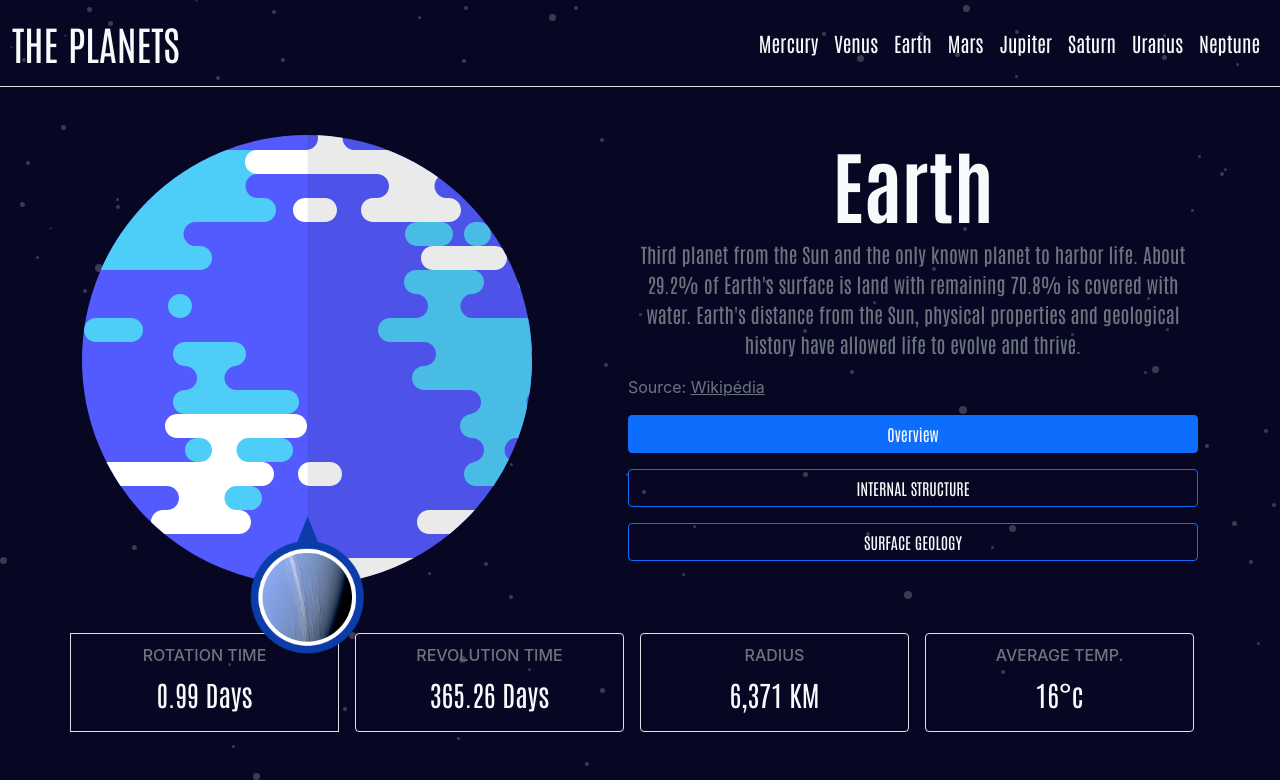
Repository: andre06x/the-planets
Page: /
An editor plug-in stored every save of this project. The page is shown before and after the next save, followed by the edit.
The browser window is 1280 px wide. The pictures show the whole page.
The project was rebuilt for these pictures with package versions that can differ from the ones it lists, and the page was loaded fresh each time.

Above is the page before, as saved 2021-10-19 16:50:59.

### public/index.html
<!DOCTYPE html>
<html lang="en">

<head>
  <meta charset="utf-8" />
  <link rel="icon" href="%PUBLIC_URL%/favicon.ico" />
  <meta name="viewport" content="width=device-width, initial-scale=1" />
  <meta name="theme-color" content="#000000" />
  <link rel="preconnect" href="https://fonts.googleapis.com">
  <link rel="preconnect" href="https://fonts.gstatic.com" crossorigin>
  <link href="https://fonts.googleapis.com/css2?family=Antonio:wght@400;500;600;700&display=swap" rel="stylesheet">
  <meta name="description" content="Web site created using create-react-app" />
  <link rel="apple-touch-icon" href="%PUBLIC_URL%/logo192.png" />
  <link rel="manifest" href="%PUBLIC_URL%/manifest.json" />
  <link rel="stylesheet" href="%PUBLIC_URL%/bootstrap-5.1.3-dist/css/bootstrap.min.css">
  <title>React App</title>
</head>

<body>
  <noscript>You need to enable JavaScript to run this app.</noscript>
  <div id="root"></div>
  <script src="./bootstrap-5.1.3-dist/js/bootstrap.min.js"></script>
</body>

</html>

### src/index.js
import React from 'react';
import ReactDOM from 'react-dom';
import App from './App';
import reportWebVitals from './reportWebVitals';
import Global from './styles/global';

ReactDOM.render(
  <React.StrictMode>
    <Global />
    <App />
  </React.StrictMode>,
  document.getElementById('root')
);

// If you want to start measuring performance in your app, pass a function
// to log results (for example: reportWebVitals(console.log))
// or send to an analytics endpoint. Learn more: https://bit.ly/CRA-vitals
reportWebVitals();

### src/App.js
import logo from './logo.svg';
// import './App.css';
import Header from './components/Header';
import Container from './components/Container';

function App() {
  return (
    <div className="App">
      <Header />
      <Container />
    </div>
  );
}

export default App;

### src/styles/global.js
import { createGlobalStyle } from 'styled-components';
import img from '../background-stars.svg';

export default createGlobalStyle`
  body {
    background-image: url(${img});
    background-color: #070724;
    background-repeat: repeat;
  margin: 0;
  font-family: -apple-system, BlinkMacSystemFont, 'Segoe UI', 'Roboto', 'Oxygen',
    'Ubuntu', 'Cantarell', 'Fira Sans', 'Droid Sans', 'Helvetica Neue',
    sans-serif;
  -webkit-font-smoothing: antialiased;
  -moz-osx-font-smoothing: grayscale;
}

code {
  font-family: source-code-pro, Menlo, Monaco, Consolas, 'Courier New',
    monospace;
}
`;

### src/components/Header.js
import React, { useEffect } from 'react';
import data from '../data.json';
import { usePlanet } from '../zustand';

const Header = () => {
  const planetSetar = usePlanet(state => state.nomePlanet);
  const planet = usePlanet(state => state.planet);

  useEffect(() => {
    console.log(planet)
  }, [planet])

  return (
    <nav class="navbar navbar-expand-lg navbar-dark bg-transparent border-bottom border-muted ">
      <div class="container-fluid d-flex justify-content-between">
        <a class="navbar-brand fs-1 text-light font-antonio" href="#">THE PLANETS</a>
        <button class="navbar-toggler text-light" type="button" data-bs-toggle="collapse" data-bs-target="#navbarSupportedContent" aria-controls="navbarSupportedContent" aria-expanded="false" aria-label="Toggle navigation">
          <span class="navbar-toggler-icon text-light"></span>
        </button>
        <div class="collapse navbar-collapse justify-content-end" id="navbarSupportedContent">
          <div>
            <ul class="navbar-nav me-auto mb-2 mb-lg-0">
              {
                data.map(d => (
                  <li class="nav-item">
                    <a
                      class="nav-link active text-light fs-5 font-antonio"
                      aria-current="page"
                      href="#"
                      onClick={() => planetSetar(d.name)}
                    >
                      {d.name}
                    </a>
                  </li>
                ))
              }
            </ul>
          </div>
        </div>
      </div>
    </nav>
  )
}



export default Header

### src/components/Container.js
import React, { useEffect, useState } from 'react';
// import earth from '../assets/planet-earth.svg';
import data from '../data.json';
import { usePlanet } from '../zustand';

const Container = () => {
  const [selectBox, setSelectBox] = useState(1);
  const planet = usePlanet(state => state.planet);
  // const [planet, setPlanet] = useState('Earth');
  const [text, setText] = useState(data.filter(d => d.name === planet)[0].overview);
  const [imagee, setImagee] = useState('assets/planet-earth.svg');
  const [dataPlanet, setDataPlanet] = useState(['']);



  const op = [
    { id: 1, titulo: 'Overview' },
    { id: 2, titulo: 'INTERNAL STRUCTURE' },
    { id: 3, titulo: 'SURFACE GEOLOGY' },
  ]

  function buttonChange(o) {
    setSelectBox(o.id);

    if (o.id === 1) {
      setText(data.filter(d => d.name === planet)[0].overview);
      setImagee(data.filter(d => d.name === planet)[0].images.planet);
    }

    if (o.id === 2) {
      setText(data.filter(d => d.name === planet)[0].structure);
      setImagee(data.filter(d => d.name === planet)[0].images.internal);

    }

    if (o.id === 3) {
      setText(data.filter(d => d.name === planet)[0].geology);
      setImagee(data.filter(d => d.name === planet)[0].images.geology);

    }

  }

  useEffect(() => {
    setDataPlanet(data.filter(d => d.name === planet)[0]);
    setImagee(data.filter(d => d.name === planet)[0].images.planet);
    setText(data.filter(d => d.name === planet)[0].overview);
    setSelectBox(1);

  }, [planet]);
  return (
    <div className="container mt-md-5">
      <div className="d-flex flex-column">
        <div className="d-flex flex-md-row flex-column-reverse justify-content-between">
          <div className="me-md-5 d-flex justify-content-center position-relative">
            <img src={imagee} alt="" />
            <img src="assets/geology-neptune.png" alt="" className="position-absolute w-25 top-100 start-50 translate-middle"/>
          </div>
          <div className="ms-md-5 d-flex flex-md-column flex-column-reverse">
            <h1 className="display-1 text-light font-antonio fw-bold text-center">
              {planet}
            </h1>
            <p className="lead text-muted font-antonio text-center">
              {text.content}
            </p>
            <span className="text-secondary">
              Source: <a href="" className="text-secondary"> Wikipédia</a>
            </span>

            <div className="d-flex flex-md-column mt-md-3 font-antonio fw-bold">
              {op.map(o => (
                <button
                  className={`btn text-light btn-outline-primary mb-3 col-4 col-md-12 ${selectBox === o.id ? ' btn-primary' : ''}`}
                  onClick={() => buttonChange(o)}
                >
                  {o.titulo}
                </button>
              ))}
            </div>
          </div>
        </div>
      </div>
      <div className="row mt-5 mb-5 flex-md-row flex-column">
        <div class="col me-3 bg-transparent border">
          <div class="card-body d-flex flex-md-column justify-content-between align-items-center">
            <h6 class="card-subtitle mb-md-2 text-muted">
              ROTATION TIME
            </h6>
            <p class="card-text text-light font-antonio fs-md-1 fs-3">
              {dataPlanet.rotation}
            </p>
          </div>
        </div>
        <div class="card col me-3 bg-transparent border">
          <div class="card-body d-flex flex-md-column justify-content-between align-items-center">
            <h6 class="card-subtitle mb-md-2 text-muted">
              REVOLUTION TIME
            </h6>
            <p class="card-text text-light font-antonio fs-md-1 fs-3">
              {dataPlanet.revolution}
            </p>
          </div>
        </div>
        <div class="card col me-3 bg-transparent border">
          <div class="card-body d-flex flex-md-column justify-content-between align-items-center">
            <h6 class="card-subtitle mb-md-2 text-muted">
              RADIUS
            </h6>
            <p class="card-text text-light font-antonio fs-md-1 fs-3">
              {dataPlanet.radius}
            </p>
          </div>
        </div>
        <div class="card col me-3 bg-transparent border">
          <div class="card-body d-flex flex-md-column justify-content-between align-items-center">
            <h6 class="card-subtitle mb-md-2 text-muted">
              AVERAGE TEMP.
            </h6>
            <p class="card-text text-light font-antonio fs-md-1 fs-3">
              {dataPlanet.temperature}
            </p>
          </div>
        </div>
      </div>
    </div>
  )
}

export default Container;

### src/data.json
[
  {
    "name": "Mercury",
    "overview": {
      "content": "Mercury is the smallest planet in the Solar System and the closest to the Sun. Its orbit around the Sun takes 87.97 Earth days, the shortest of all the Sun's planets. Mercury is one of four terrestrial planets in the Solar System, and is a rocky body like Earth.",
      "source": "https://en.wikipedia.org/wiki/Mercury_(planet)"
    },
    "structure": {
      "content": "Mercury appears to have a solid silicate crust and mantle overlying a solid, iron sulfide outer core layer, a deeper liquid core layer, and a solid inner core. The planet's density is the second highest in the Solar System at 5.427 g/cm3 , only slightly less than Earth's density.",
      "source": "https://en.wikipedia.org/wiki/Mercury_(planet)#Internal_structure"
    },
    "geology": {
      "content": "Mercury's surface is similar in appearance to that of the Moon, showing extensive mare-like plains and heavy cratering, indicating that it has been geologically inactive for billions of years. It is more heterogeneous than either Mars's or the Moon’s.",
      "source": "https://en.wikipedia.org/wiki/Mercury_(planet)#Surface_geology"
    },
    "rotation": "58.6 Days",
    "revolution": "87.97 Days",
    "radius": "2,439.7 KM",
    "temperature": "430°c",
    "images": {
      "planet": "assets/planet-mercury.svg",
      "internal": "assets/planet-mercury-internal.svg",
      "geology": "assets/geology-mercury.png"
    }
  },
  {
    "name": "Venus",
    "overview": {
      "content": "Venus is the second planet from the Sun. It is named after the Roman goddess of love and beauty. As the brightest natural object in Earth's night sky after the Moon, Venus can cast shadows and can be, on rare occasions, visible to the naked eye in broad daylight.",
      "source": "https://en.wikipedia.org/wiki/Venus"
    },
    "structure": {
      "content": "The similarity in size and density between Venus and Earth suggests they share a similar internal structure: a core, mantle, and crust. Like that of Earth, Venusian core is most likely at least partially liquid because the two planets have been cooling at about the same rate.",
      "source": "https://en.wikipedia.org/wiki/Venus#Internal_structure"
    },
    "geology": {
      "content": "Much of the Venusian surface appears to have been shaped by volcanic activity. Venus has several times as many volcanoes as Earth, and it has 167 large volcanoes that are over 100 km (60 mi) across. The only volcanic complex of this size on Earth is the Big Island of Hawaii.",
      "source": "https://en.wikipedia.org/wiki/Venus#Surface_geology"
    },
    "rotation": "243 Days",
    "revolution": "224.7 Days",
    "radius": "6,051.8 KM",
    "temperature": "471°c",
    "images": {
      "planet": "assets/planet-venus.svg",
      "internal": "assets/planet-venus-internal.svg",
      "geology": "assets/geology-venus.png"
    }
  },
  {
    "name": "Earth",
    "overview": {
      "content": "Third planet from the Sun and the only known planet to harbor life. About 29.2% of Earth's surface is land with remaining 70.8% is covered with water. Earth's distance from the Sun, physical properties and geological history have allowed life to evolve and thrive.",
      "source": "https://en.wikipedia.org/wiki/Earth"
    },
    "structure": {
      "content": "Earth's interior, like that of the other terrestrial planets, is divided into layers by their chemical or physical (rheological) properties. The outer layer is a chemically distinct silicate solid crust, which is underlain by a highly viscous solid mantle.",
      "source": "https://en.wikipedia.org/wiki/Earth#Internal_structure"
    },
    "geology": {
      "content": "The total surface area of Earth is about 510 million km2. The continental crust consists of lower density material such as the igneous rocks granite and andesite. Less common is basalt, a denser volcanic rock that is the primary constituent of the ocean floors.",
      "source": "https://en.wikipedia.org/wiki/Earth#Surface"
    },
    "rotation": "0.99 Days",
    "revolution": "365.26 Days",
    "radius": "6,371 KM",
    "temperature": "16°c",
    "images": {
      "planet": "assets/planet-earth.svg",
      "internal": "assets/planet-earth-internal.svg",
      "geology": "assets/geology-earth.png"
    }
  },
  {
    "name": "Mars",
    "overview": {
      "content": "Mars is the fourth planet from the Sun and the second-smallest planet in the Solar System, being larger than only Mercury. In English, Mars carries the name of the Roman god of war and is often referred to as the \"Red Planet\".",
      "source": "https://en.wikipedia.org/wiki/Mars"
    },
    "structure": {
      "content": "Like Earth, Mars has differentiated into a dense metallic core overlaid by less dense materials. Scientists initially determined that the core is at least partially liquid. Current models of its interior imply a core consisting primarily of iron and nickel with about 16–17% sulfur.",
      "source": "https://en.wikipedia.org/wiki/Mars#Internal_structure"
    },
    "geology": {
      "content": "Mars is a terrestrial planet whose surface consists of minerals containing silicon and oxygen, metals, and other elements that typically make up rock. The surface is primarily composed of tholeiitic basalt, although parts are more silica-rich than typical basalt.",
      "source": "https://en.wikipedia.org/wiki/Mars#Surface_geology"
    },
    "rotation": "1.03 Days",
    "revolution": "1.88 Years",
    "radius": "3,389.5 KM",
    "temperature": "-28°c",
    "images": {
      "planet": "assets/planet-mars.svg",
      "internal": "assets/planet-mars-internal.svg",
      "geology": "assets/geology-mars.png"
    }
  },
  {
    "name": "Jupiter",
    "overview": {
      "content": "Jupiter is the fifth planet from the Sun and the largest in the Solar System. It is a gas giant with a mass two and a half times that of all the other planets in the Solar System combined, but less than one-thousandth the mass of the Sun.",
      "source": "https://en.wikipedia.org/wiki/Jupiter"
    },
    "structure": {
      "content": "When the Juno arrived in 2016, it found that Jupiter has a very diffuse core that mixes into its mantle. A possible cause is an impact from a planet of about ten Earth masses a few million years after Jupiter's formation, which would have disrupted an originally solid Jovian core.",
      "source": "https://en.wikipedia.org/wiki/Jupiter#Internal_structure"
    },
    "geology": {
      "content": "The best known feature of Jupiter is the Great Red Spot, a persistent anticyclonic storm located 22° south of the equator. It is known to have existed since at least 1831, and possibly since 1665.",
      "source": "https://en.wikipedia.org/wiki/Jupiter#Great_Red_Spot_and_other_vortices"
    },
    "rotation": "9.93 Hours",
    "revolution": "11.86 Years",
    "radius": "69,911 KM",
    "temperature": "-108°c",
    "images": {
      "planet": "assets/planet-jupiter.svg",
      "internal": "assets/planet-jupiter-internal.svg",
      "geology": "assets/geology-jupiter.png"
    }
  },
  {
    "name": "Saturn",
    "overview": {
      "content": "Saturn is the sixth planet from the Sun and the second-largest in the Solar System, after Jupiter. It is a gas giant with an average radius of about nine and a half times that of Earth. It only has one-eighth the average density of Earth.",
      "source": "https://en.wikipedia.org/wiki/Saturn"
    },
    "structure": {
      "content": "Despite consisting mostly of hydrogen and helium, most of Saturn's mass is not in the gas phase, because hydrogen becomes a non-ideal liquid when the density is above 0.01 g/cm3, which is reached at a radius containing 99.9% of Saturn's mass.",
      "source": "https://en.wikipedia.org/wiki/Saturn#Internal_structure"
    },
    "geology": {
      "content": "The outer atmosphere of Saturn contains 96.3% molecular hydrogen and 3.25% helium by volume. The planet's most famous feature is its prominent ring system, which is composed mostly of ice particles with a smaller amount of rocky debris and dust.",
      "source": "https://en.wikipedia.org/wiki/Saturn#Atmosphere"
    },
    "rotation": "10.8 Hours",
    "revolution": "29.46 Years",
    "radius": "58,232 KM",
    "temperature": "-138°c",
    "images": {
      "planet": "assets/planet-saturn.svg",
      "internal": "assets/planet-saturn-internal.svg",
      "geology": "assets/geology-saturn.png"
    }
  },
  {
    "name": "Uranus",
    "overview": {
      "content": "Uranus is the seventh planet from the Sun. Its name is a reference to the Greek god of the sky, Uranus according to Greek mythology, was the great-grandfather of Ares. It has the third-largest planetary radius and fourth-largest planetary mass in the Solar System.",
      "source": "https://en.wikipedia.org/wiki/Uranus"
    },
    "structure": {
      "content": "The standard model of Uranus's structure is that it consists of three layers: a rocky (silicate/iron–nickel) core in the centre, an icy mantle in the middle and an outer gaseous hydrogen/helium envelope. The core is relatively small, with a mass of only 0.55 Earth masses.",
      "source": "https://en.wikipedia.org/wiki/Uranus#Internal_structure"
    },
    "geology": {
      "content": "The composition of Uranus's atmosphere is different from its bulk, consisting mainly of molecular hydrogen and helium. The helium molar fraction, i.e. the number of helium atoms per molecule of gas, is 0.15±0.03 in the upper troposphere.",
      "source": "https://en.wikipedia.org/wiki/Uranus#Atmosphere"
    },
    "rotation": "17.2 Hours",
    "revolution": "84 Years",
    "radius": "25,362 KM",
    "temperature": "-195°c",
    "images": {
      "planet": "assets/planet-uranus.svg",
      "internal": "assets/planet-uranus-internal.svg",
      "geology": "assets/geology-uranus.png"
    }
  },
  {
    "name": "Neptune",
    "overview": {
      "content": "Neptune is the eighth and farthest-known Solar planet from the Sun. In the Solar System, it is the fourth-largest planet by diameter, the third-most-massive planet, and the densest giant planet. It is 17 times the mass of Earth, more massive than its near-twin Uranus.",
      "source": "https://en.wikipedia.org/wiki/Neptune"
    },
    "structure": {
      "content": "Neptune's internal structure resembles that of Uranus. Its atmosphere forms about 5% to 10% of its mass and extends perhaps 10% to 20% of the way towards the core. Increasing concentrations of methane, ammonia and water are found in the lower regions.",
      "source": "https://en.wikipedia.org/wiki/Neptune#Internal_structure"
    },
    "geology": {
      "content": "Neptune's atmosphere is 80% hydrogen and 19% helium. A trace amount of methane is also present. Prominent absorption bands of methane exist at wavelengths above 600 nm, in the red and infrared portion of the spectrum.",
      "source": "https://en.wikipedia.org/wiki/Neptune#Atmosphere"
    },
    "rotation": "16.08 Hours",
    "revolution": "164.79 Years",
    "radius": "24,622 KM",
    "temperature": "-201°c",
    "images": {
      "planet": "assets/planet-neptune.svg",
      "internal": "assets/planet-neptune-internal.svg",
      "geology": "assets/geology-neptune.png"
    }
  }
]

### src/zustand/index.js
import create from 'zustand';

const usePlanet = create(set => ({
  planet: 'Earth',
  nomePlanet: (namePlanet) => set(state => ({ planet: namePlanet}))
}))

export { usePlanet }

Loaded but not shown: src/reportWebVitals.js (common file); public/bootstrap-5.1.3-dist/css/bootstrap.min.css (library); public/bootstrap-5.1.3-dist/js/bootstrap.min.js (library)

After the next save:
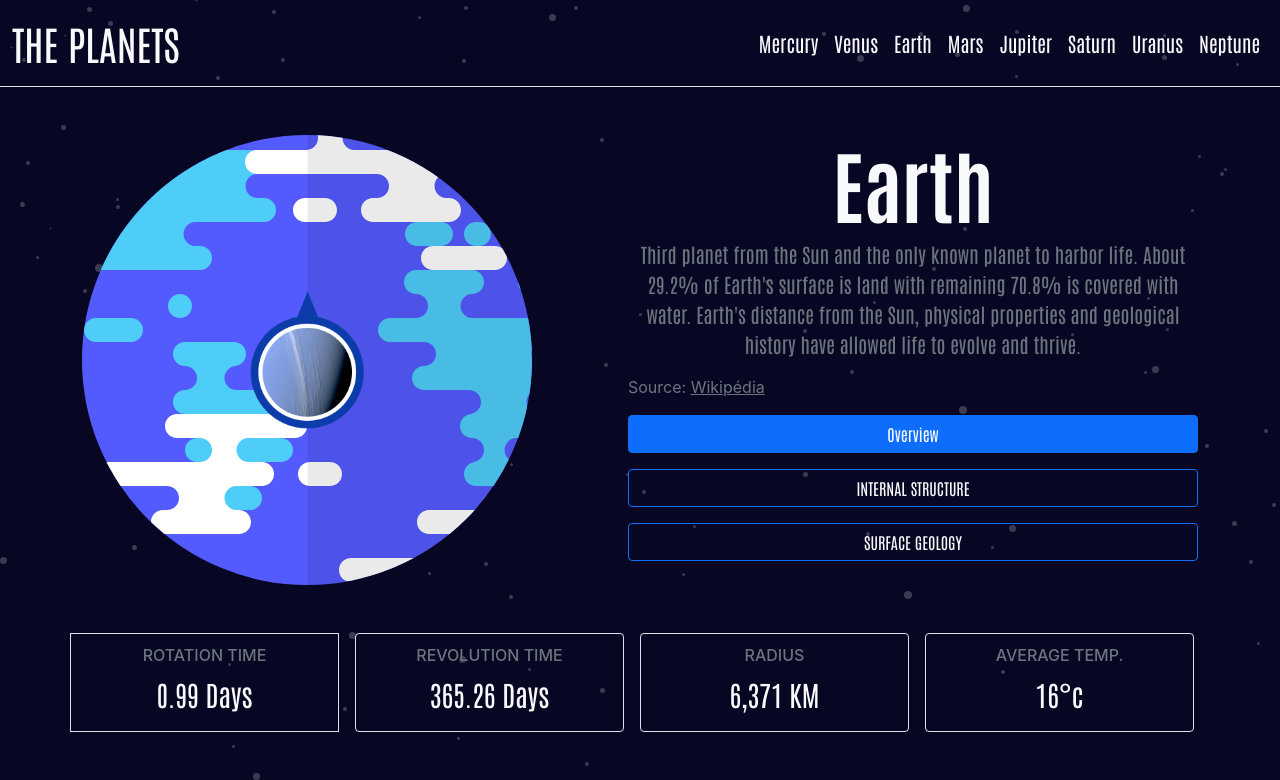
Saved 5 s later.
--- a/src/components/Container.js
+++ b/src/components/Container.js
@@ -54,7 +54,7 @@ const Container = () => {
         <div className="d-flex flex-md-row flex-column-reverse justify-content-between">
           <div className="me-md-5 d-flex justify-content-center position-relative">
             <img src={imagee} alt="" />
-            <img src="assets/geology-neptune.png" alt="" className="position-absolute w-25 top-100 start-50 translate-middle"/>
+            <img src="assets/geology-neptune.png" alt="" className="position-absolute w-25 top-50 start-50 translate-middle"/>
           </div>
           <div className="ms-md-5 d-flex flex-md-column flex-column-reverse">
             <h1 className="display-1 text-light font-antonio fw-bold text-center">
